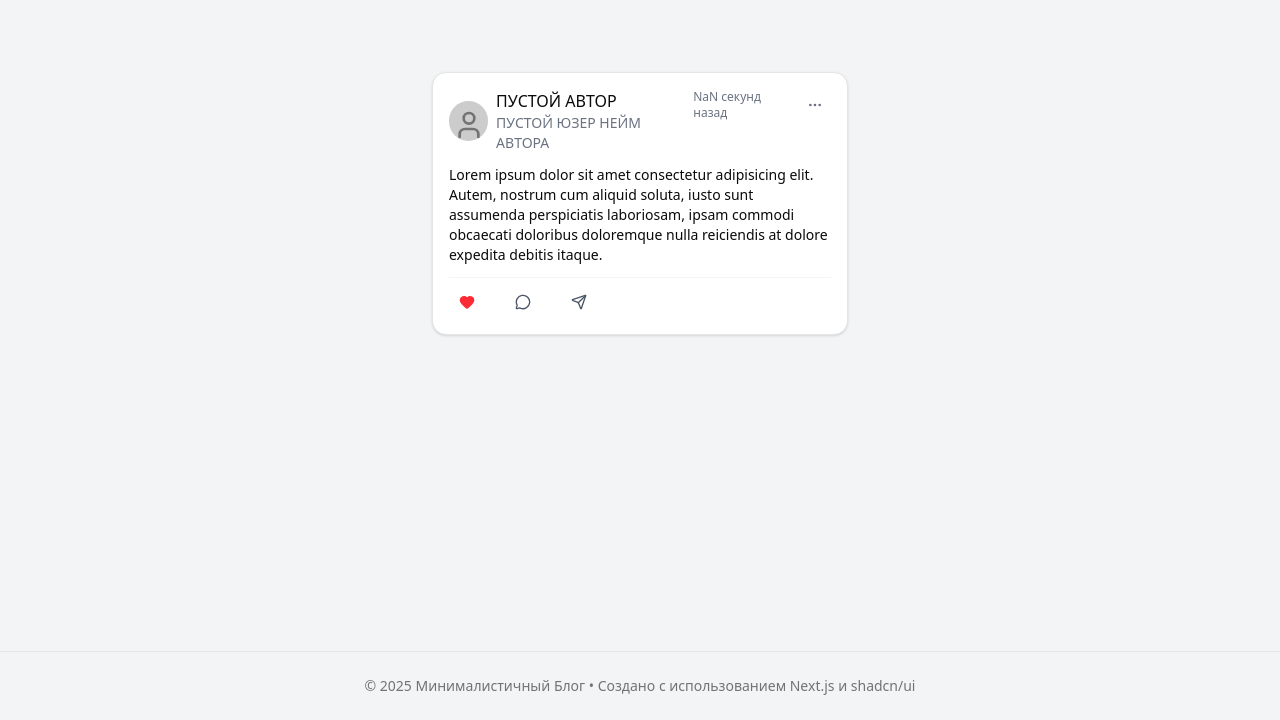
Repository: maxempolk/Telegram-channel
Page: /
An editor plug-in stored every save of this project. The page is shown before and after the next save, followed by the edit.
The browser window is 1280 px wide. The pictures show the whole page.
The project was rebuilt for these pictures with package versions that can differ from the ones it lists, and the page was loaded fresh each time. The framework's server and built-in components were replaced by stand-ins that run in the browser. Also part of the build but not shown: next.config.ts.

Above is the page before, as saved 2025-03-09 01:32:36.

### src/app/layout.tsx
import type { Metadata } from 'next';
import { Geist, Geist_Mono } from 'next/font/google';
import '@/app/globals.css';
import Header from '@/components/header/Header';
import Footer from '@/components/footer/Footer';

const geistSans = Geist({
  variable: '--font-geist-sans',
  subsets: ['latin'],
});

const geistMono = Geist_Mono({
  variable: '--font-geist-mono',
  subsets: ['latin'],
});

export const metadata: Metadata = {
  title: 'Create Next App',
  description: 'Generated by create next app',
};

export default function RootLayout({
  children,
}: Readonly<{
  children: React.ReactNode;
}>) {
  return (
    <html lang="en">
      <body className={`${geistSans.variable} ${geistMono.variable} antialiased`}>
        <div className="flex flex-col w-full h-screen overflow-x-hidden">
          <Header />
          <main className="container mx-auto py-6 grow">{children}</main>
          <Footer />
        </div>
      </body>
    </html>
  );
}

### src/app/page.tsx
import Post from '@/components/post/Post';

export default function Home() {
  const fake_post = {
    id: 1,
    title: 'post1',
    content:
      'Lorem ipsum dolor sit amet consectetur adipisicing elit. Autem, nostrum cum aliquid soluta, iusto sunt assumenda perspiciatis laboriosam, ipsam commodi obcaecati doloribus doloremque nulla reiciendis at dolore expedita debitis itaque.',
    createdAt: new Date(),
    updatedAt: new Date(),
    imagesUrl: ['afsfasafs'],
    tags: [] as string[],
  };
  return (
    <>
      <Post post={fake_post} />
    </>
  );
}

### src/app/globals.css
@import 'tailwindcss';

@plugin "tailwindcss-animate";

@custom-variant dark (&:is(.dark *));

@theme inline {
  --color-background: var(--background);
  --color-foreground: var(--foreground);
  --font-sans: var(--font-geist-sans);
  --font-mono: var(--font-geist-mono);
  --color-sidebar-ring: var(--sidebar-ring);
  --color-sidebar-border: var(--sidebar-border);
  --color-sidebar-accent-foreground: var(--sidebar-accent-foreground);
  --color-sidebar-accent: var(--sidebar-accent);
  --color-sidebar-primary-foreground: var(--sidebar-primary-foreground);
  --color-sidebar-primary: var(--sidebar-primary);
  --color-sidebar-foreground: var(--sidebar-foreground);
  --color-sidebar: var(--sidebar);
  --color-chart-5: var(--chart-5);
  --color-chart-4: var(--chart-4);
  --color-chart-3: var(--chart-3);
  --color-chart-2: var(--chart-2);
  --color-chart-1: var(--chart-1);
  --color-ring: var(--ring);
  --color-input: var(--input);
  --color-border: var(--border);
  --color-destructive-foreground: var(--destructive-foreground);
  --color-destructive: var(--destructive);
  --color-accent-foreground: var(--accent-foreground);
  --color-accent: var(--accent);
  --color-muted-foreground: var(--muted-foreground);
  --color-muted: var(--muted);
  --color-secondary-foreground: var(--secondary-foreground);
  --color-secondary: var(--secondary);
  --color-primary-foreground: var(--primary-foreground);
  --color-primary: var(--primary);
  --color-popover-foreground: var(--popover-foreground);
  --color-popover: var(--popover);
  --color-card-foreground: var(--card-foreground);
  --color-card: var(--card);
  --radius-sm: calc(var(--radius) - 4px);
  --radius-md: calc(var(--radius) - 2px);
  --radius-lg: var(--radius);
  --radius-xl: calc(var(--radius) + 4px);
}

body {
  background-color: var(--background);
}

:root {
  --background: oklch(96.7% 0.0029 264.54);
  --foreground: oklch(0.145 0 0);
  --card: oklch(1 0 0);
  --card-foreground: oklch(0.145 0 0);
  --popover: oklch(1 0 0);
  --popover-foreground: oklch(0.145 0 0);
  --primary: oklch(0.205 0 0);
  --primary-foreground: oklch(0.985 0 0);
  --secondary: oklch(0.97 0 0);
  --secondary-foreground: oklch(0.205 0 0);
  --muted: oklch(0.97 0 0);
  --muted-foreground: oklch(0.556 0 0);
  --accent: oklch(0.97 0 0);
  --accent-foreground: oklch(0.205 0 0);
  --destructive: oklch(0.577 0.245 27.325);
  --destructive-foreground: oklch(0.577 0.245 27.325);
  --border: oklch(0.922 0 0);
  --input: oklch(0.922 0 0);
  --ring: oklch(0.708 0 0);
  --chart-1: oklch(0.646 0.222 41.116);
  --chart-2: oklch(0.6 0.118 184.704);
  --chart-3: oklch(0.398 0.07 227.392);
  --chart-4: oklch(0.828 0.189 84.429);
  --chart-5: oklch(0.769 0.188 70.08);
  --radius: 0.625rem;
  --sidebar: oklch(0.985 0 0);
  --sidebar-foreground: oklch(0.145 0 0);
  --sidebar-primary: oklch(0.205 0 0);
  --sidebar-primary-foreground: oklch(0.985 0 0);
  --sidebar-accent: oklch(0.97 0 0);
  --sidebar-accent-foreground: oklch(0.205 0 0);
  --sidebar-border: oklch(0.922 0 0);
  --sidebar-ring: oklch(0.708 0 0);
}

.dark {
  --background: oklch(0.145 0 0);
  --foreground: oklch(0.985 0 0);
  --card: oklch(0.145 0 0);
  --card-foreground: oklch(0.985 0 0);
  --popover: oklch(0.145 0 0);
  --popover-foreground: oklch(0.985 0 0);
  --primary: oklch(0.985 0 0);
  --primary-foreground: oklch(0.205 0 0);
  --secondary: oklch(0.269 0 0);
  --secondary-foreground: oklch(0.985 0 0);
  --muted: oklch(0.269 0 0);
  --muted-foreground: oklch(0.708 0 0);
  --accent: oklch(0.269 0 0);
  --accent-foreground: oklch(0.985 0 0);
  --destructive: oklch(0.396 0.141 25.723);
  --destructive-foreground: oklch(0.637 0.237 25.331);
  --border: oklch(0.269 0 0);
  --input: oklch(0.269 0 0);
  --ring: oklch(0.439 0 0);
  --chart-1: oklch(0.488 0.243 264.376);
  --chart-2: oklch(0.696 0.17 162.48);
  --chart-3: oklch(0.769 0.188 70.08);
  --chart-4: oklch(0.627 0.265 303.9);
  --chart-5: oklch(0.645 0.246 16.439);
  --sidebar: oklch(0.205 0 0);
  --sidebar-foreground: oklch(0.985 0 0);
  --sidebar-primary: oklch(0.488 0.243 264.376);
  --sidebar-primary-foreground: oklch(0.985 0 0);
  --sidebar-accent: oklch(0.269 0 0);
  --sidebar-accent-foreground: oklch(0.985 0 0);
  --sidebar-border: oklch(0.269 0 0);
  --sidebar-ring: oklch(0.439 0 0);
}

@layer base {
  * {
    @apply border-border outline-ring/50;
  }
  body {
    @apply bg-background text-foreground;
  }
}

### src/components/header/Header.tsx
const Header = () => {
  return (
    <header className="sticky container mx-auto py-4">
      {/* <h1 className="text-3xl font-bold tracking-tight mb-1">Teleblog</h1> */}
    </header>
  );
};

export default Header;

### src/components/footer/Footer.tsx
const Footer = () => {
  return (
    <footer className="border-t mt-12">
      <div className="container mx-auto py-6 text-center text-sm text-muted-foreground">
        © 2025 Минималистичный Блог • Создано с использованием Next.js и shadcn/ui
      </div>
    </footer>
  );
};

export default Footer;

### src/components/post/Post.tsx
import { Card, CardContent } from '@/components/ui/card';
import { Button } from '@/components/ui/button';
import { Heart, MessageCircle, Send, Bookmark, MoreHorizontal, User } from 'lucide-react';
import { FC } from 'react';
import { Post as PrismaPostType } from '@prisma/client';
import getTimeAgo from '@/utils/getTimeAgo';

interface PostProps {
  post: PrismaPostType;
}

const Post: FC<PostProps> = ({ post }) => {
  // const handleLike = (id: number) => {
  //   setPosts(
  //     posts.map(post => {
  //       if (post.id === id) {
  //         return {
  //           ...post,
  //           liked: !post.liked,
  //           likes: post.liked ? post.likes - 1 : post.likes + 1,
  //         };
  //       }
  //       return post;
  //     })
  //   );
  // };

  // const handleSave = (id: number) => {
  //   setPosts(
  //     posts.map(post => {
  //       if (post.id === id) {
  //         return { ...post, saved: !post.saved };
  //       }
  //       return post;
  //     })
  //   );
  // };

  return (
    <div className="flex flex-col gap-4 w-full max-w-md mx-auto p-4">
      <Card key={post.id}>
        <CardContent className="p-4">
          <div className="flex justify-between items-start mb-3">
            <div className="flex items-center gap-2">
              <div className="size-10 flex justify-center items-end rounded-full bg-black/20">
                <User className="text-muted-foreground size-8" />
              </div>
              <div>
                <div className="font-medium">ПУСТОЙ АВТОР</div>
                <div className="text-sm text-gray-500">ПУСТОЙ ЮЗЕР НЕЙМ АВТОРА</div>
              </div>
            </div>
            <div className="text-xs text-gray-500 flex items-center">
              {getTimeAgo(post.date)}
              <Button variant="ghost" size="icon" className="h-8 w-8 ml-1">
                <MoreHorizontal className="h-4 w-4" />
              </Button>
            </div>
          </div>

          <div className="text-sm mb-3">{post.content}</div>

          <div className="flex justify-between items-center pt-2 border-t border-gray-100">
            <div className="flex gap-4">
              <Button
                variant="ghost"
                size="sm"
                className="px-0 h-8 text-gray-600"
                // onClick={() => handleLike(post.id)}
              >
                {/* TODO: добавить проверку лайкнут ли пост */}
                <Heart className={`h-4 w-4 mr-1 ${true ? 'fill-red-500 text-red-500' : ''}`} />
                {/* <span className="text-xs">{post.likes}</span> */}
              </Button>
              <Button variant="ghost" size="sm" className="px-0 h-8 text-gray-600">
                <MessageCircle className="h-4 w-4 mr-1" />
                {/* <span className="text-xs">{post.comments}</span> */}
              </Button>
              <Button variant="ghost" size="sm" className="px-0 h-8 text-gray-600">
                <Send className="h-4 w-4" />
              </Button>
            </div>
            <Button
              variant="ghost"
              size="sm"
              className="px-0 h-8"
              // onClick={() => handleSave(post.id)}
            >
              {/* <Bookmark
                className={`h-4 w-4 ${post.saved ? 'fill-blue-500 text-blue-500' : 'text-gray-600'}`}
              /> */}
            </Button>
          </div>
        </CardContent>
      </Card>
    </div>
  );
};

export default Post;

### src/components/ui/card.tsx
import * as React from 'react';

import { cn } from '@/lib/utils';

function Card({ className, ...props }: React.ComponentProps<'div'>) {
  return (
    <div
      data-slot="card"
      className={cn(
        'bg-card text-card-foreground flex flex-col gap-6 rounded-xl border shadow-sm',
        className
      )}
      {...props}
    />
  );
}

function CardHeader({ className, ...props }: React.ComponentProps<'div'>) {
  return (
    <div
      data-slot="card-header"
      className={cn('flex flex-col gap-1.5 px-6', className)}
      {...props}
    />
  );
}

function CardTitle({ className, ...props }: React.ComponentProps<'div'>) {
  return (
    <div
      data-slot="card-title"
      className={cn('leading-none font-semibold', className)}
      {...props}
    />
  );
}

function CardDescription({ className, ...props }: React.ComponentProps<'div'>) {
  return (
    <div
      data-slot="card-description"
      className={cn('text-muted-foreground text-sm', className)}
      {...props}
    />
  );
}

function CardContent({ className, ...props }: React.ComponentProps<'div'>) {
  return <div data-slot="card-content" className={cn('px-6', className)} {...props} />;
}

function CardFooter({ className, ...props }: React.ComponentProps<'div'>) {
  return (
    <div data-slot="card-footer" className={cn('flex items-center px-6', className)} {...props} />
  );
}

export { Card, CardHeader, CardFooter, CardTitle, CardDescription, CardContent };

### src/components/ui/button.tsx
import * as React from 'react';
import { Slot } from '@radix-ui/react-slot';
import { cva, type VariantProps } from 'class-variance-authority';

import { cn } from '@/lib/utils';

const buttonVariants = cva(
  "inline-flex items-center justify-center gap-2 whitespace-nowrap rounded-md text-sm font-medium transition-[color,box-shadow] disabled:pointer-events-none disabled:opacity-50 [&_svg]:pointer-events-none [&_svg:not([class*='size-'])]:size-4 shrink-0 [&_svg]:shrink-0 outline-none focus-visible:border-ring focus-visible:ring-ring/50 focus-visible:ring-[3px] aria-invalid:ring-destructive/20 dark:aria-invalid:ring-destructive/40 aria-invalid:border-destructive",
  {
    variants: {
      variant: {
        default: 'bg-primary text-primary-foreground shadow-xs hover:bg-primary/90',
        destructive:
          'bg-destructive text-white shadow-xs hover:bg-destructive/90 focus-visible:ring-destructive/20 dark:focus-visible:ring-destructive/40',
        outline:
          'border border-input bg-background shadow-xs hover:bg-accent hover:text-accent-foreground',
        secondary: 'bg-secondary text-secondary-foreground shadow-xs hover:bg-secondary/80',
        ghost: 'hover:bg-accent hover:text-accent-foreground',
        link: 'text-primary underline-offset-4 hover:underline',
      },
      size: {
        default: 'h-9 px-4 py-2 has-[>svg]:px-3',
        sm: 'h-8 rounded-md gap-1.5 px-3 has-[>svg]:px-2.5',
        lg: 'h-10 rounded-md px-6 has-[>svg]:px-4',
        icon: 'size-9',
      },
    },
    defaultVariants: {
      variant: 'default',
      size: 'default',
    },
  }
);

function Button({
  className,
  variant,
  size,
  asChild = false,
  ...props
}: React.ComponentProps<'button'> &
  VariantProps<typeof buttonVariants> & {
    asChild?: boolean;
  }) {
  const Comp = asChild ? Slot : 'button';

  return (
    <Comp
      data-slot="button"
      className={cn(buttonVariants({ variant, size, className }))}
      {...props}
    />
  );
}

export { Button, buttonVariants };

### src/utils/getTimeAgo.ts
export default function getTimeAgo(timestamp: number) {
  const now = new Date().getTime();

  const messageTime = timestamp * 1000;

  const diff = now - messageTime;

  const seconds = Math.floor(diff / 1000);

  const minutes = Math.floor(seconds / 60);
  const hours = Math.floor(minutes / 60);
  const days = Math.floor(hours / 24);
  const months = Math.floor(days / 30.44);
  const years = Math.floor(months / 12);

  const pluralize = (number: number, one: string, few: string, many: string) => {
    if (number % 10 === 1 && number % 100 !== 11) {
      return `${number} ${one}`;
    } else if ([2, 3, 4].includes(number % 10) && ![12, 13, 14].includes(number % 100)) {
      return `${number} ${few}`;
    } else {
      return `${number} ${many}`;
    }
  };

  if (years > 0) {
    return pluralize(years, 'год', 'года', 'лет') + ' назад';
  } else if (months > 0) {
    return pluralize(months, 'месяц', 'месяца', 'месяцев') + ' назад';
  } else if (days > 0) {
    return pluralize(days, 'день', 'дня', 'дней') + ' назад';
  } else if (hours > 0) {
    return pluralize(hours, 'час', 'часа', 'часов') + ' назад';
  } else if (minutes > 0) {
    return pluralize(minutes, 'минуту', 'минуты', 'минут') + ' назад';
  } else {
    return pluralize(seconds, 'секунду', 'секунды', 'секунд') + ' назад';
  }
}

Loaded but not shown: src/lib/utils.ts (common file)

After the next save:
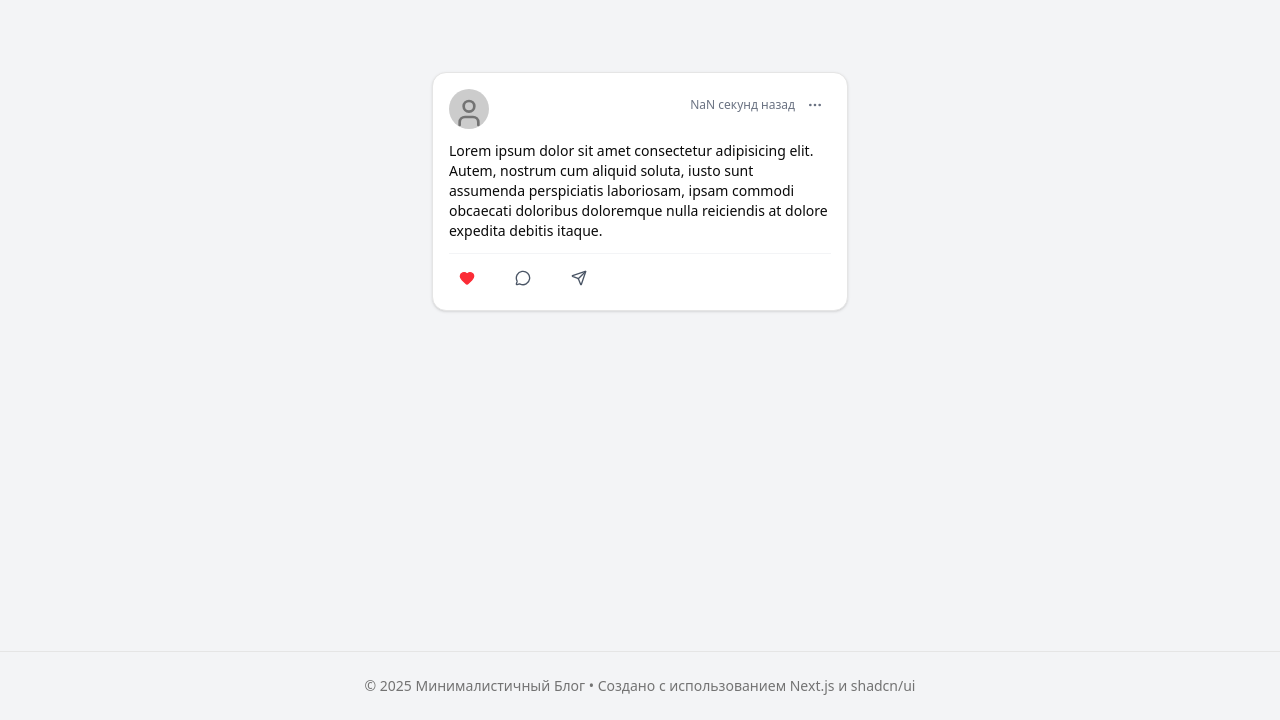
Saved 60 s later.
--- a/src/components/post/Post.tsx
+++ b/src/components/post/Post.tsx
@@ -44,10 +44,6 @@ const Post: FC<PostProps> = ({ post }) => {
             <div className="flex items-center gap-2">
               <div className="size-10 flex justify-center items-end rounded-full bg-black/20">
                 <User className="text-muted-foreground size-8" />
-              </div>
-              <div>
-                <div className="font-medium">ПУСТОЙ АВТОР</div>
-                <div className="text-sm text-gray-500">ПУСТОЙ ЮЗЕР НЕЙМ АВТОРА</div>
               </div>
             </div>
             <div className="text-xs text-gray-500 flex items-center">
